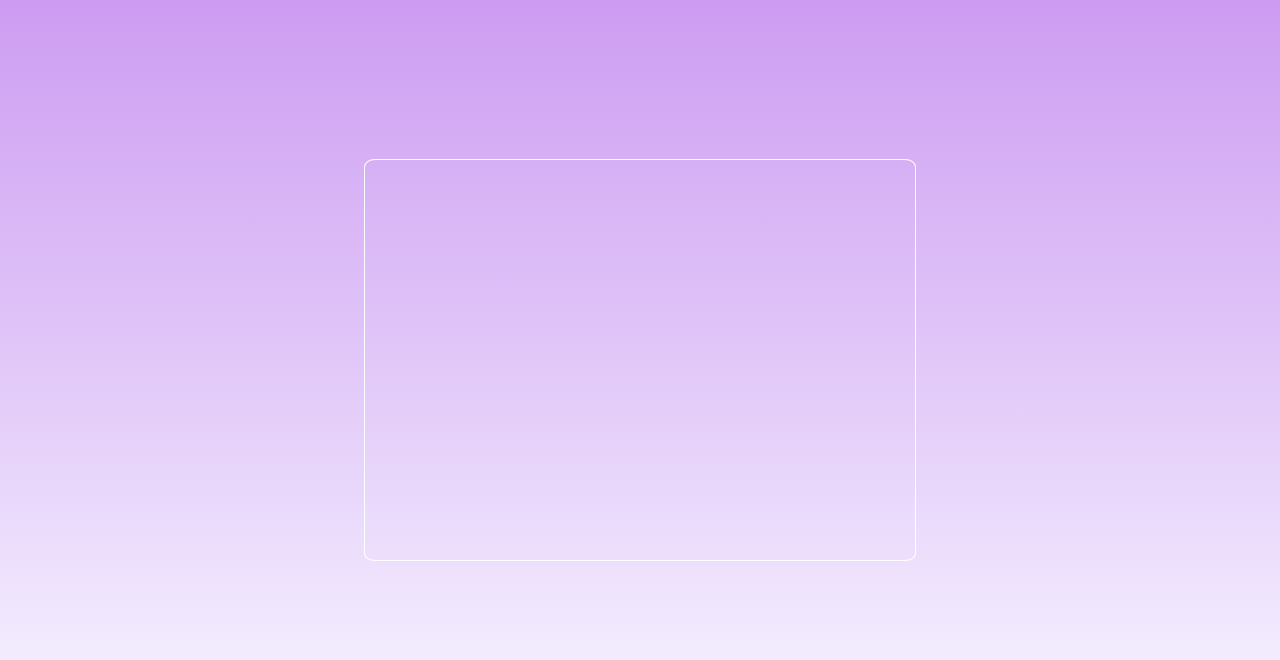
Repository: gyypwrs/css-practice
Page: 毛玻璃/index.html
An editor plug-in stored every save of this project. The page is shown before and after the next save, followed by the edit.
The browser window is 1280 px wide. The pictures show the whole page.

Above is the page before, as saved 2022-05-05 17:28:05.

### 毛玻璃/index.html
<!--
 * @Descripttion:
 * @version:
 * @Author: Hongyu
 * @Date: 2022-05-05 16:21:44
 * @LastEditors: Hongyu
 * @LastEditTime: 2022-05-05 17:28:05
-->
<!DOCTYPE html>
<html>
  <head>
    <title></title>
    <style type="text/css">
      html,body{
        height: 100%
      }
      body {
        margin: 0;
        padding: 0;
        overflow: hidden;
      }
     .root {
       display: flex;
        height: 100%;
        background-image: linear-gradient(to bottom, #cd9cf2 0%, #f6f3ff 100%);
     }
     .box {
       width: 550px;
       height: 400px;
       margin: auto;
       border: 1px solid #fff;
       border-radius: 2%;
       z-index: 1;
     }
     .box:after {
       content: '';
       position: absolute;
       top: 0;
       left: 0;
       right: 0;
       bottom: 0;
       z-index: -1;


     }
  </style>
  </head>
  <body>
    <div class="root">
      <div class="box"></div>
    </div>
  </body>
</html>

After the next save:
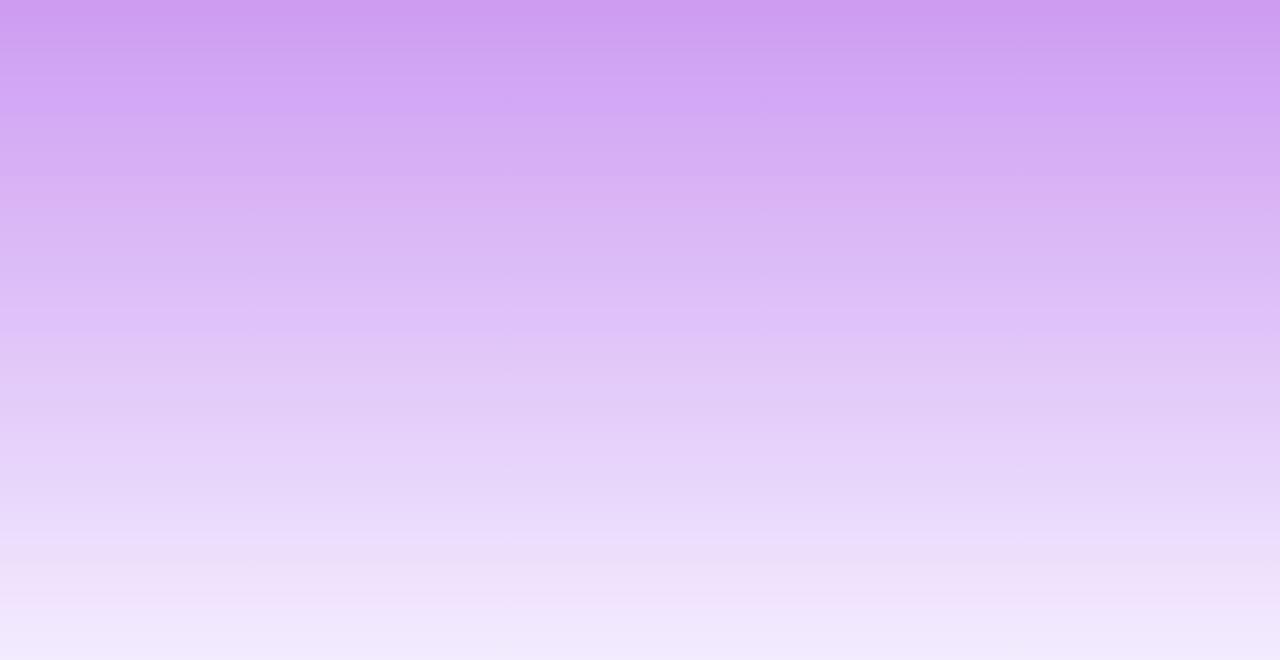
Saved 61 s later.
--- a/毛玻璃/index.html
+++ b/毛玻璃/index.html
@@ -4,7 +4,7 @@
  * @Author: Hongyu
  * @Date: 2022-05-05 16:21:44
  * @LastEditors: Hongyu
- * @LastEditTime: 2022-05-05 17:28:05
+ * @LastEditTime: 2022-05-05 17:29:06
 -->
 <!DOCTYPE html>
 <html>
@@ -40,7 +40,7 @@
        right: 0;
        bottom: 0;
        z-index: -1;
-
+       background-image: linear-gradient(to bottom, #cd9cf2 0%, #f6f3ff 100%);
 
      }
   </style>
